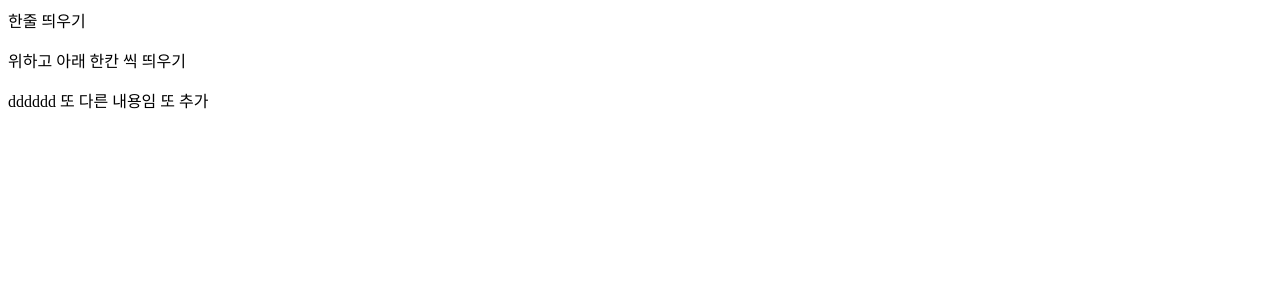
Repository: sika5382/jsp
Page: html/WebContent/NewFile.html
These files come from the project's save history. The page is drawn as it stood at one moment and after the next save; the edit follows.
The browser window is 1280 px wide. The pictures show the whole page.

Above is the page before, as saved 2020-10-29 05:07:35.

After the next save:
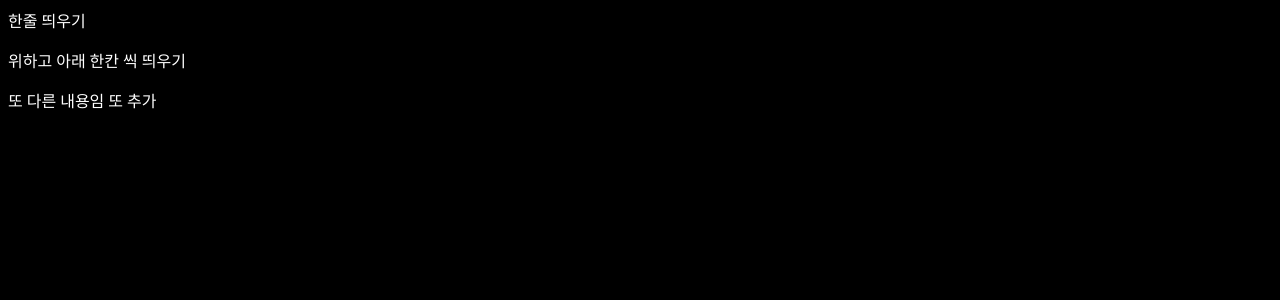
Saved 59 s later.
--- a/html/WebContent/NewFile.html
+++ b/html/WebContent/NewFile.html
@@ -4,11 +4,11 @@
 <meta charset="UTF-8">
 <title>Insert title here</title>
 </head>
-<body>
+<body text="white" bgcolor='black'>
 	한줄 띄우기 <br>
 	<p>위하고 아래 한칸 씩 띄우기 </p>
-	dddddd
-			 <!-- html 주석 -->
+
+		 <!-- html 주석 -->
 	또 다른 내용임
 	또 추가
 </body>

After the save that followed:
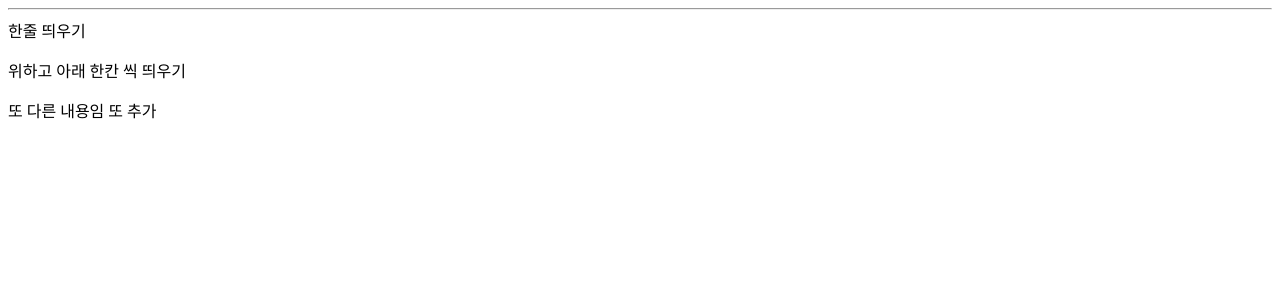
Saved 99 s later.
--- a/html/WebContent/NewFile.html
+++ b/html/WebContent/NewFile.html
@@ -4,8 +4,13 @@
 <meta charset="UTF-8">
 <title>Insert title here</title>
 </head>
+<!--
 <body text="white" bgcolor='black'>
-	한줄 띄우기 <br>
+	 -->
+<body>
+
+<hr>
+	 한줄 띄우기 <br>
 	<p>위하고 아래 한칸 씩 띄우기 </p>
 
 		 <!-- html 주석 -->
